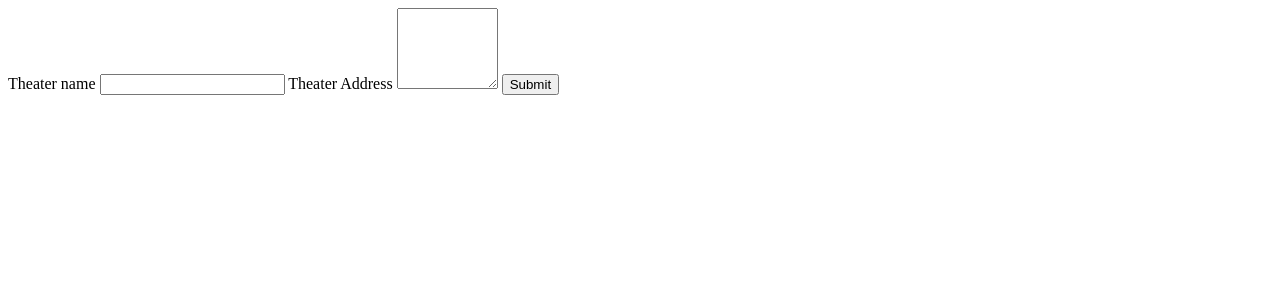
Repository: Anwithgowda/bank-app
Page: http://localhost/movie-book-app/addtheater.jsp
These files come from the project's save history. The page is drawn as it stood at one moment and after the next save; the edit follows.
The browser window is 1280 px wide. The pictures show the whole page.
The page is served by Tomcat 10. Other server files are loaded and not shown.

Above is the page before, as saved 2024-03-01 03:23:32.

### movieapp/movie-book-app/src/main/webapp/addtheater.jsp
<%@ page language="java" contentType="text/html; charset=ISO-8859-1"
    pageEncoding="ISO-8859-1"%>
<!DOCTYPE html>
<html>
<head>
<meta charset="ISO-8859-1">
<title>Insert title here</title>
</head>
<body>

<form action="savetheater" method="post">
  Theater name <input type="text" name="name">
 Theater Address <textarea rows="5" cols="10" name="address"></textarea>
  <input type="submit" value="Submit">

</form>
</body>
</html>

After the next save:
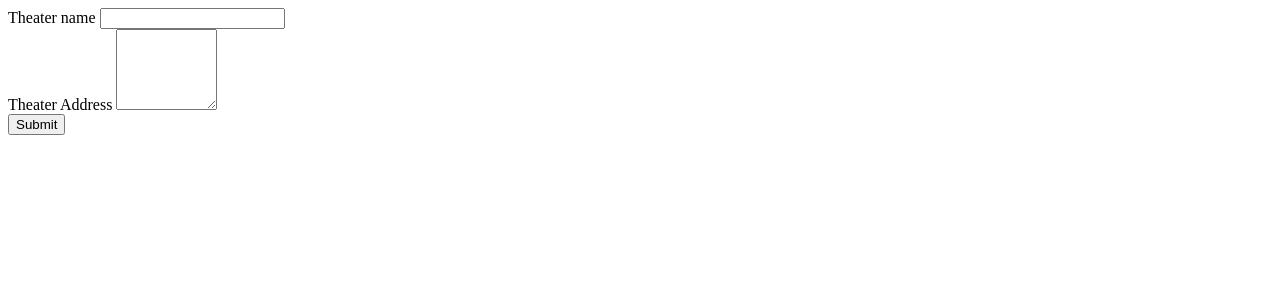
Saved 40 s later.
--- a/movieapp/movie-book-app/src/main/webapp/addtheater.jsp
+++ b/movieapp/movie-book-app/src/main/webapp/addtheater.jsp
@@ -9,8 +9,8 @@
 <body>
 
 <form action="savetheater" method="post">
-  Theater name <input type="text" name="name">
- Theater Address <textarea rows="5" cols="10" name="address"></textarea>
+  Theater name <input type="text" name="name"><br>
+ Theater Address <textarea rows="5" cols="10" name="address"></textarea><br>
   <input type="submit" value="Submit">
 
 </form>
